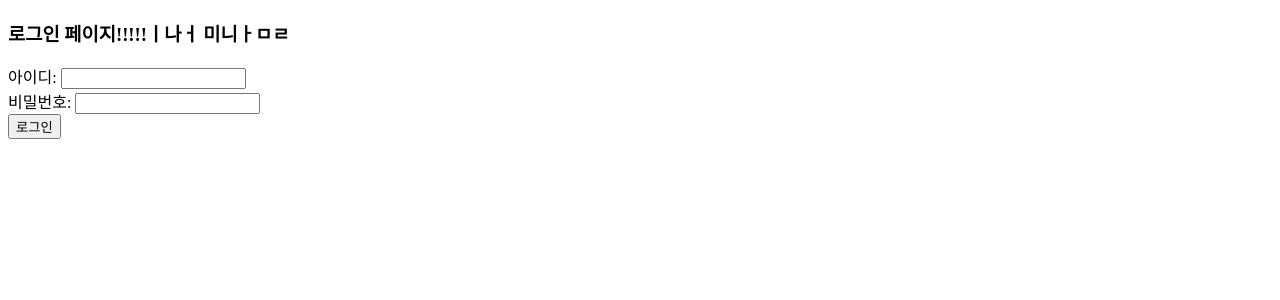
Repository: SouthSea0613/401_Unauthorized_java
Page: http://localhost/1129/loginform.jsp
The author's editor kept a copy of each file at every save. The page is drawn from the files as they stood at one save, then again after the next save.
The browser window is 1280 px wide. The pictures show the whole page.
The page is served by Tomcat 9. Other server files are loaded and not shown.

Above is the page before, as saved 2024-11-29 06:48:26.

### 1129/src/main/webapp/loginform.jsp
<%@ page language="java" contentType="text/html; charset=UTF-8"
	pageEncoding="UTF-8"%>
<!DOCTYPE html>
<html>
<head>
<meta charset="UTF-8">
<title>Insert title here</title>
</head>
<body>
	<h3>로그인 페이지!!!!!ㅣ나ㅓ 미니ㅏㅁㄹ</h3>
	<form action="login" method="post">
	아이디:
	<input type="text" name="id">
	<br> 비밀번호:
	<input type="text" name="pw">
	<br>
	<button>로그인</button>
	</form>
</body>
</html>

After the next save:
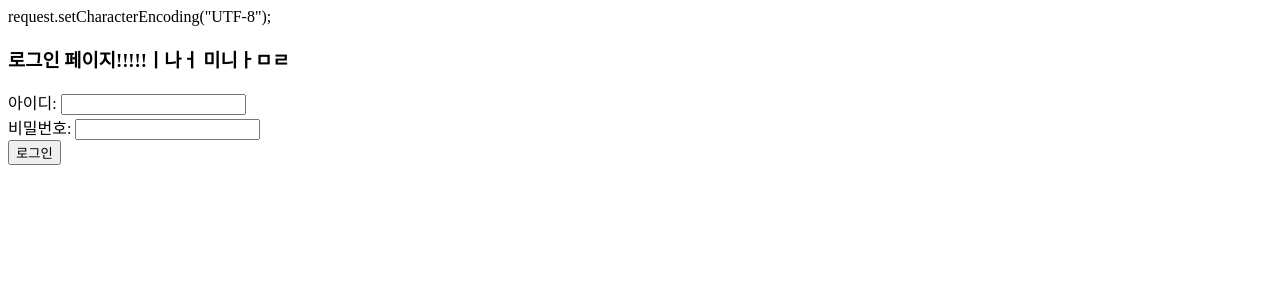
Saved 9 min 53 s later.
--- a/1129/src/main/webapp/loginform.jsp
+++ b/1129/src/main/webapp/loginform.jsp
@@ -5,8 +5,10 @@
 <head>
 <meta charset="UTF-8">
 <title>Insert title here</title>
+
 </head>
 <body>
+request.setCharacterEncoding("UTF-8");
 	<h3>로그인 페이지!!!!!ㅣ나ㅓ 미니ㅏㅁㄹ</h3>
 	<form action="login" method="post">
 	아이디:
